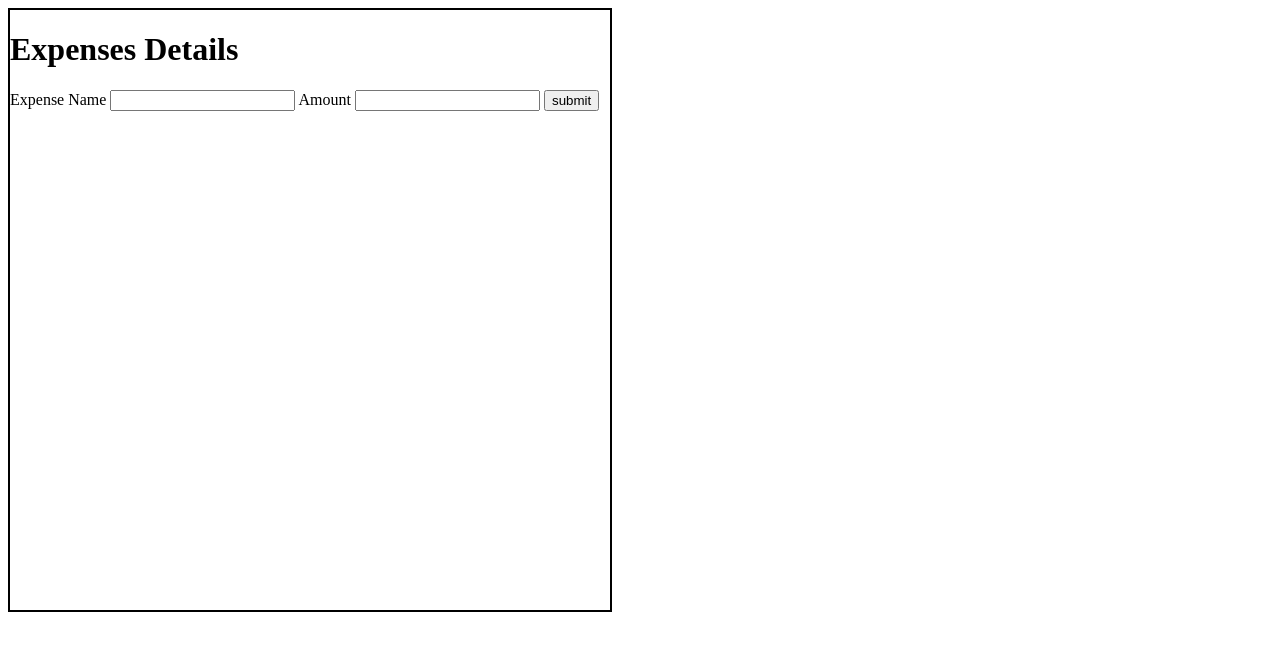
Repository: sarthak-tyagi123/expensetracker12
Page: http://localhost/
An editor plug-in stored every save of this project. The page is shown before and after the next save, followed by the edit.
The browser window is 1280 px wide. The pictures show the whole page.
The page is served by the project's Node server (app.js).

Above is the page before, as saved 2025-06-20 23:54:06.

### views/1.ejs
<!DOCTYPE html>
<html lang="en">
<head>
    <meta charset="UTF-8">
    <meta name="viewport" content="width=device-width, initial-scale=1.0">
    <title>Expense Tracker</title>
    <style>
       .container{
             height: 600px;
             width: 600px;
             border:2px solid  black;
             justify-content: center;
             align-items: center;

       }
    </style>
</head>
<body>

    <div class="container">
        <div class="box">

    <form action="/expenses" method="post">
        <h1>Expenses Details</h1>

    <label for="text">Expense Name</label>
    <input type="text" name="name" required>
    <label for="number">Amount </label>
    <input type="number" name="amount" required>
    <button>submit</button>

    </form>

    </div>
    </div>


</body>
</html>

### app.js
let express=require("express");
let app=express();
app.use(express.urlencoded({ extended: true }));
app.set("view engine",'ejs');

app.get("/",function(req,res){
    res.render("1.ejs");
})

// let expenses = [];
// app.post("/expenses",function(req,res){
//   const { name, amount } = req.body;
//   expenses.push({ name, amount: Number(amount) });
// //   res.render('expenses.ejs', { name, amount })
//   res.render("expenses", { expenses:expenses || []});
// })

app.listen(3000);

After the next save:
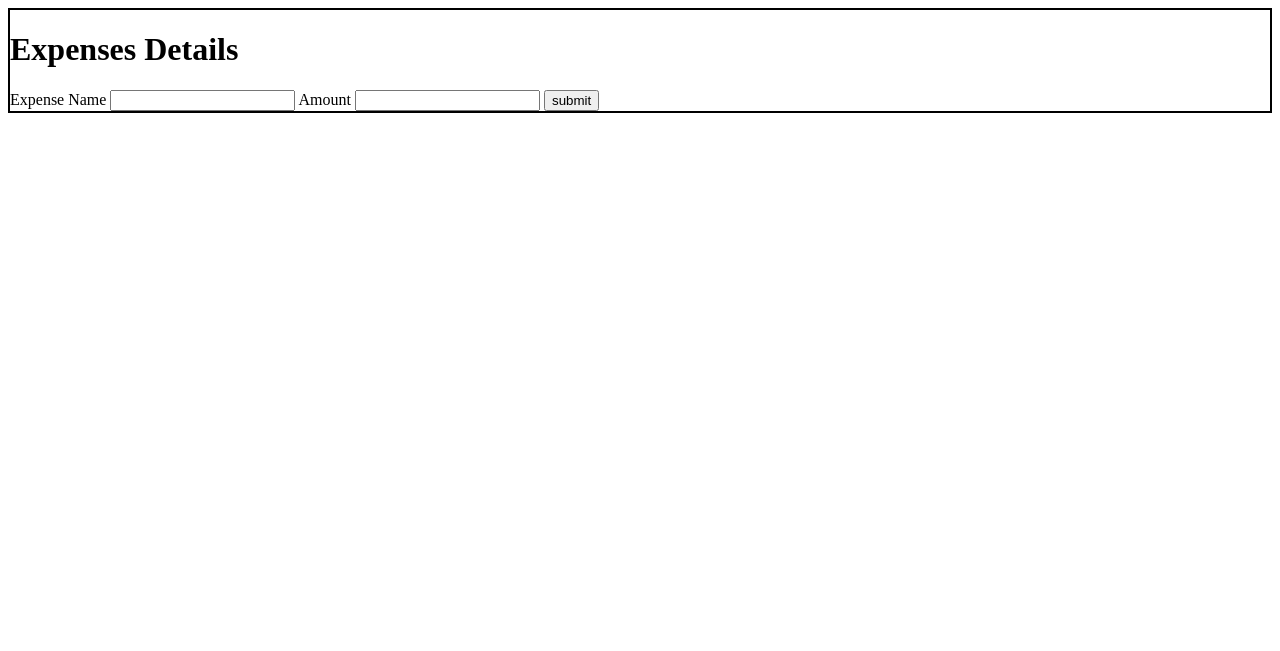
Saved 21 s later.
--- a/views/1.ejs
+++ b/views/1.ejs
@@ -6,8 +6,8 @@
     <title>Expense Tracker</title>
     <style>
        .container{
-             height: 600px;
-             width: 600px;
+             /* height: 600px;
+             width: 600px; */
              border:2px solid  black;
              justify-content: center;
              align-items: center;

After the save that followed:
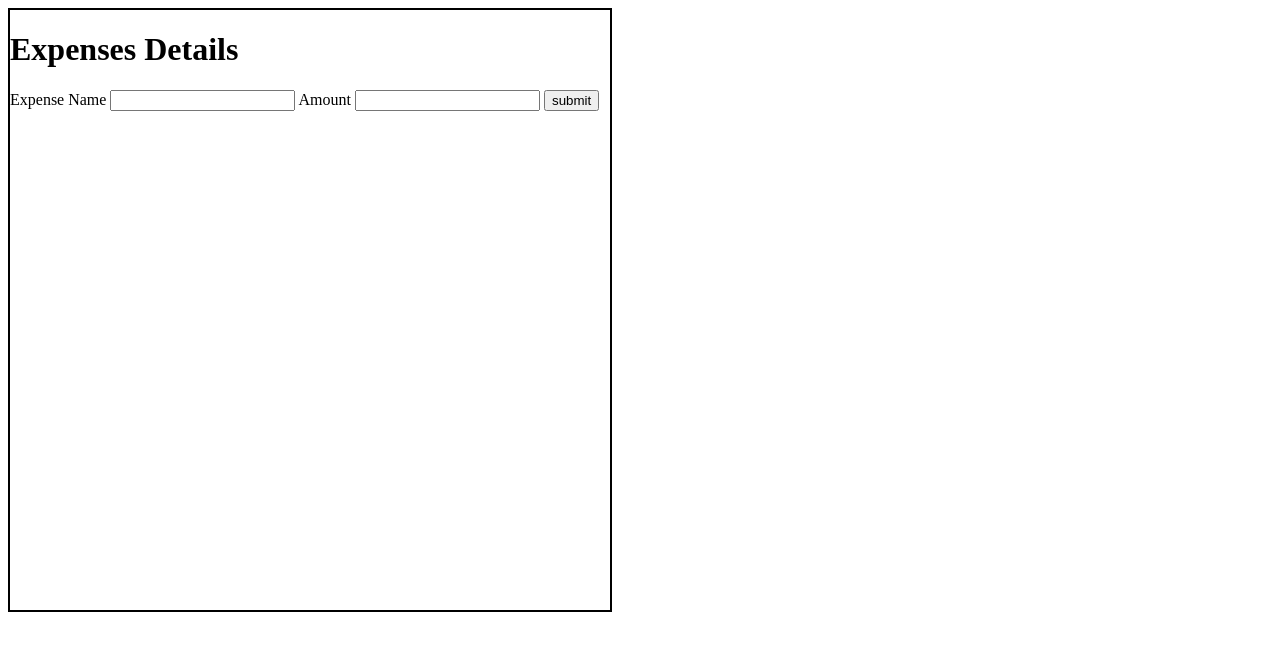
Saved 13 s later.
--- a/views/1.ejs
+++ b/views/1.ejs
@@ -6,8 +6,8 @@
     <title>Expense Tracker</title>
     <style>
        .container{
-             /* height: 600px;
-             width: 600px; */
+             height: 600px;
+             width: 600px;
              border:2px solid  black;
              justify-content: center;
              align-items: center;
